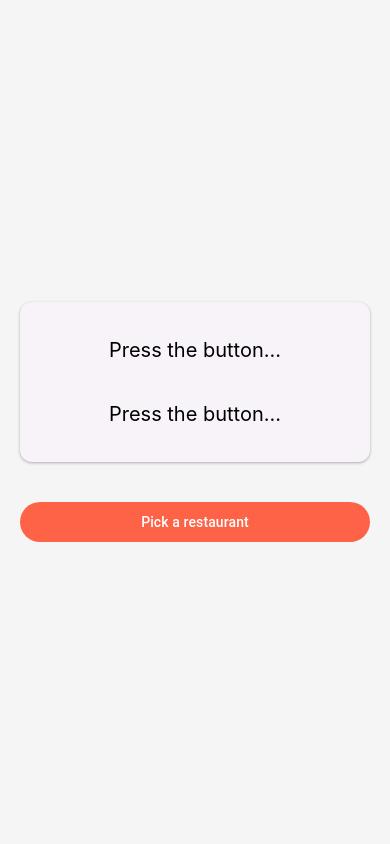
Repository: RidenShogunei/react-native-liveapp
Page: /Res (app in LiveTool/)
An editor plug-in stored every save of this project. The page is shown before and after the next save, followed by the edit.
The browser window is 390 px wide. The pictures show the whole page.
The page's requests for data from a server got no answer. The app was drawn by React Native's web renderer in a window 390 px wide. The project was rebuilt for these pictures with package versions that can differ from the ones it lists, and the page was loaded fresh each time. No one was signed in, and anything a server would have sent is missing.

Above is the page before, as saved 2024-05-12 12:50:18.

### LiveTool/App.tsx
import React from 'react';
import {NavigationContainer} from '@react-navigation/native';
import {createStackNavigator} from '@react-navigation/stack';
import MainPage from './pages/mian';
import {PaperProvider} from 'react-native-paper';
import {MD3LightTheme as DefaultTheme} from 'react-native-paper';
import Res from './pages/chooseRestaurant';
// 创建一个 Stack Navigator
const Stack = createStackNavigator();
const theme = {
  ...DefaultTheme,
  colors: {
    ...DefaultTheme.colors,
    primary: 'tomato',
    secondary: 'yellow',
  },
};
function App() {
  return (
    <PaperProvider theme={theme}>
      <NavigationContainer>
        <Stack.Navigator initialRouteName="Main">
          <Stack.Screen
            name="Main"
            component={MainPage}
            options={{headerShown: false}}
          />
          <Stack.Screen
            name="Res"
            component={Res}
            options={{headerShown: false}}
          />
        </Stack.Navigator>
      </NavigationContainer>
    </PaperProvider>
  );
}

export default App;

### LiveTool/pages/mian.tsx
import React, {useState, useEffect} from 'react';
import {View, Text, ScrollView, Dimensions, StyleSheet} from 'react-native';
import {Card, Button} from 'react-native-paper';
import {Picker} from '@react-native-picker/picker';
const {width: viewportWidth} = Dimensions.get('window');

function MainPage({ navigation }) {
  const [weather, setWeather] = useState(null);
  const [city, setCity] = useState(101010100);
  useEffect(() => {
    fetch(
      `https://devapi.qweather.com/v7/weather/now?location=${city}&key=acfa15e64b854efcb254f98a8b29568e`,
    )
      .then(response => {
        console.log('Response status:', response.status);
        return response.json();
      })
      .then(data => {
        console.log('Weather data:', data);
        setWeather(data);
      })
      .catch(error => {
        console.error('Error fetching weather data:', error);
      });
  }, [city]);

  return (
    <ScrollView contentContainerStyle={{flexGrow: 1}}>
      <ScrollView
        horizontal
        pagingEnabled
        showsHorizontalScrollIndicator={false}
        contentContainerStyle={{
          alignItems: 'center',
          justifyContent: 'center',
        }}>
        {weather && (
          <Card style={{width: viewportWidth}}>
            <Card.Content>
              <Text style={styles.text}>实时天气</Text>
              <Picker
                selectedValue={city}
                style={{
                  height: 50,
                  width: 120,
                  borderWidth: 1,
                  borderColor: '#000',
                  shadowColor: '#000',
                  shadowOffset: {width: 0, height: 2},
                  shadowOpacity: 0.8,
                  shadowRadius: 2,
                  elevation: 1,
                }}
                onValueChange={(itemValue, itemIndex) => setCity(itemValue)}>
                <Picker.Item label="北京" value="101010100" />
                <Picker.Item label="上海" value="101020100" />
                <Picker.Item label="嘉定" value="101020500" />
                {/* 更多城市省略... */}
              </Picker>
              <Text>{`Temperature: ${weather.now.temp}度`}</Text>
              <Text>{`Feels Like: ${weather.now.feelsLike}度`}</Text>
              <Text>{`Weather: ${weather.now.text}`}</Text>
              <Text>{`Wind Direction: ${weather.now.windDir}`}</Text>
              <Text>{`Wind Scale: ${weather.now.windScale}级`}</Text>
            </Card.Content>
          </Card>
        )}
      </ScrollView>

      <View>
        <Card style={{margin: 10}}>
          <Card.Content>
            <Text style={styles.text}>选餐馆{'\n'}</Text>
            <Button
              mode="contained"
              onPress={() => navigation.navigate('Res')}>
              Press me
            </Button>
          </Card.Content>
        </Card>
        <Card style={{margin: 10}}>
          <Card.Content>
            <Text style={styles.text}>Card content{'\n'}</Text>
            <Button
              mode="contained"
              onPress={() => console.log('Button pressed')}>
              Press me
            </Button>
          </Card.Content>
        </Card>
        <Card style={{margin: 10}}>
          <Card.Content>
            <Text style={styles.text}>More card content{'\n'}</Text>
            <Button
              mode="contained"
              onPress={() => console.log('Another button pressed')}>
              Press me
            </Button>
          </Card.Content>
        </Card>
        {/* 更多的 Card... */}
      </View>
    </ScrollView>
  );
}
const styles = StyleSheet.create({
  container: {
    flex: 1,
    backgroundColor: '#fff',
    alignItems: 'center',
    justifyContent: 'center',
  },
  text: {
    textAlign: 'center',
    fontSize: 20,
  },
});
export default MainPage;

### LiveTool/pages/chooseRestaurant.tsx
import React, { useState } from 'react';
import { View, Text, StyleSheet } from 'react-native';
import { Button, Card } from 'react-native-paper';

const RestaurantPicker = () => {
  const [selectedRestaurant, setSelectedRestaurant] = useState("Press the button...");
  const restaurants = ["KFC", "MacDonalds", "Burger King", "Pizza Hut", "Taco Bell", "Subway", "Starbucks", "Domino's"];

  const selectRestaurant = () => {
    let index = 0;
    const intervalId = setInterval(() => {
      setSelectedRestaurant(restaurants[index]);
      index = index === restaurants.length - 1 ? 0 : index + 1;
    }, 100);

    setTimeout(() => clearInterval(intervalId), 2000); // after 2 seconds, the name will stop changing
  };

  return (
    <View style={styles.container}>
      <Card style={styles.card}>
        <Card.Content>
        <Text style={styles.text}>{selectedRestaurant}</Text>
          <Text style={styles.text}>{selectedRestaurant}</Text>
        </Card.Content>
      </Card>
      <Button mode="contained" onPress={selectRestaurant} style={styles.button}>
        Pick a restaurant
      </Button>
    </View>
  );
};

const styles = StyleSheet.create({
  container: {
    flex: 1,
    justifyContent: 'center',
    paddingHorizontal: 20,
    backgroundColor: '#f5f5f5',
  },
  text: {
    fontSize: 20,
    textAlign: 'center',
    marginVertical: 20,
  },
  card: {
    marginBottom: 20,
  },
  button: {
    marginTop: 20,
  },
});

export default RestaurantPicker;

After the next save:
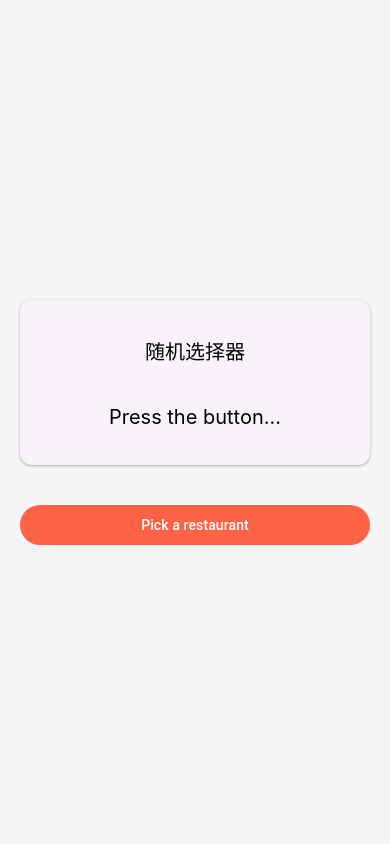
Saved 9 s later.
--- a/LiveTool/pages/chooseRestaurant.tsx
+++ b/LiveTool/pages/chooseRestaurant.tsx
@@ -20,7 +20,7 @@ const RestaurantPicker = () => {
     <View style={styles.container}>
       <Card style={styles.card}>
         <Card.Content>
-        <Text style={styles.text}>{selectedRestaurant}</Text>
+        <Text style={styles.text}>随机选择器</Text>
           <Text style={styles.text}>{selectedRestaurant}</Text>
         </Card.Content>
       </Card>
